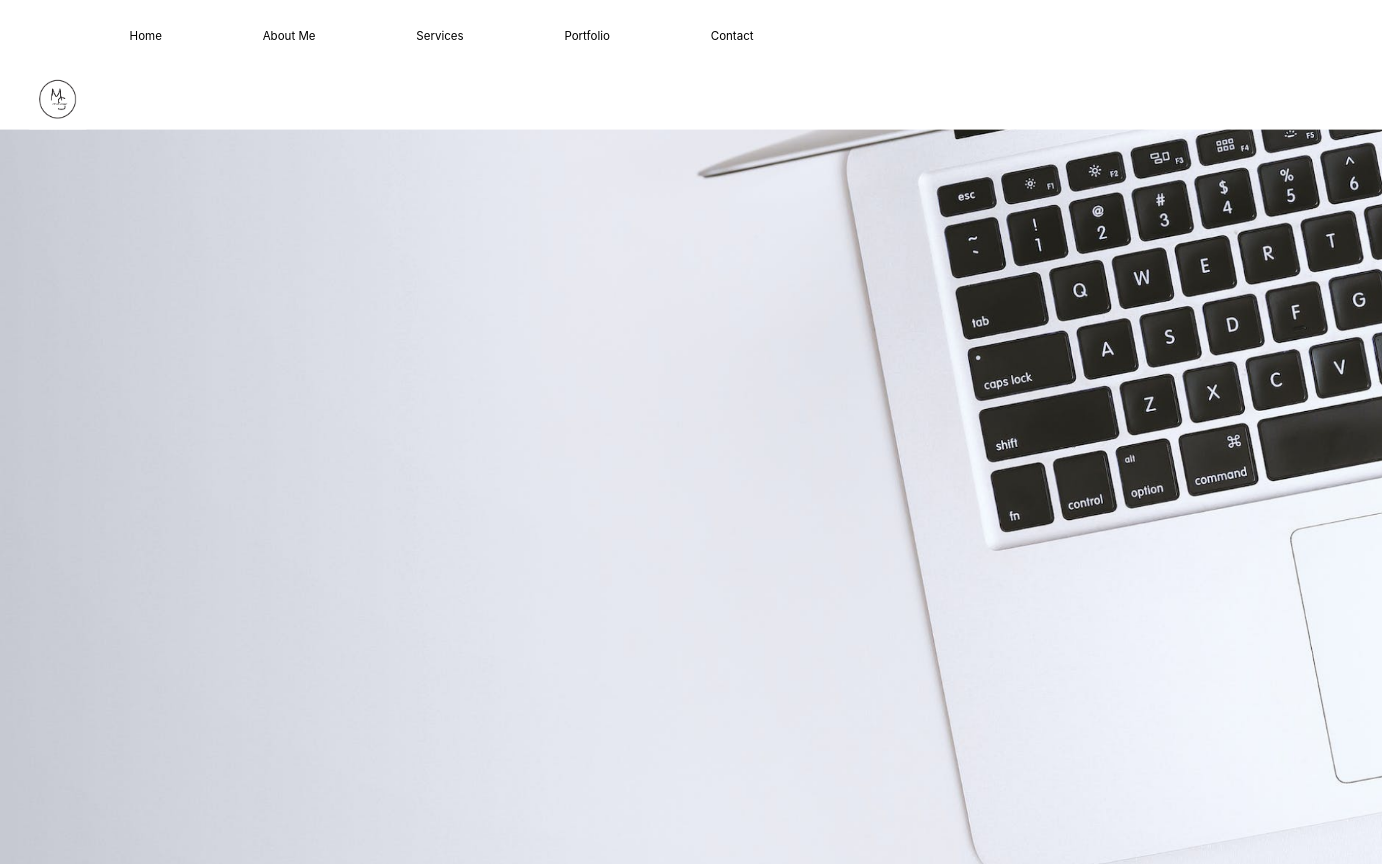
Repository: MEROO1010/Portfolio-2
Page: /
These files come from the project's save history. The page is drawn as it stood at one moment and after the next save; the edit follows.
The browser window is 1280 px wide. The page is 1920 px wide, so the pictures cover 1920 px, including what lies to the right of the window. The pictures show the whole page, at 72% of full size.
The project was rebuilt for these pictures with package versions that can differ from the ones it lists, and the page was loaded fresh each time.

Above is the page before, as saved 2023-12-16 10:52:00.

### src/App.js
import './App.css';
import Home from './components/Home';
import Navbar from './components/Navbar';

function App() {
  return (
    <div className="App">
     <Navbar/>
     <Home/>
    </div>
  );
}

export default App;

### src/components/Home.js
import React from 'react'
import HomeImage from "../images/header background.png";
import styled from "styled-components"


const Home = () => {
  return (
    <Container>
        <img src={HomeImage}alt=""/>
    </Container>
  )
}

const Container = styled.div`
 width: 100%;
`

export default Home

### src/components/Navbar.js
import React from 'react'
import styled from "styled-components"
import MYLOGO from "../images/white logo.png";

const Navbar = () => {
  return (
    <Container>
       <ul>
          <li>Home</li>
          <li>About Me</li>
          <li>Services</li>
          <li>Portfolio</li>
          <li>Contact</li>
       </ul>

       <Logo>
       <img src={MYLOGO}alt=""/>
       </Logo>
    </Container>
  )
}


const Container = styled.div `
  padding-top:40px;
  background-color:white;
  ul{
   list-style-type: none;
  margin: 0;
  padding: 10;
  top: 20px;
  overflow: hidden;
  }

  li {
    position:sticky;
    justifyContent: flex-end;
    display: flex;
    right:100px;
  float: left;
  padding-left: 20px;
  margin-left:120px;


}
li a {
  display: block;
  color: white;
  text-align: center;
  padding: 16px;
  text-decoration: none;
}

li a:hover {
  background-color: #111111;
}
`

const Logo = styled.div `
position:relative;
top:40px;
padding-bottom:40px;
 img{
 width:80px;
 height:80px;
 float: left;
 margin-left:40px;
 padding-bottom:40px;
 justifyContent: flex-end;

 }
`

export default Navbar

Loaded but not shown: public/index.html (common file); src/index.js (common file); src/index.css (common file); src/reportWebVitals.js (common file); src/App.css (common file)

After the next save:
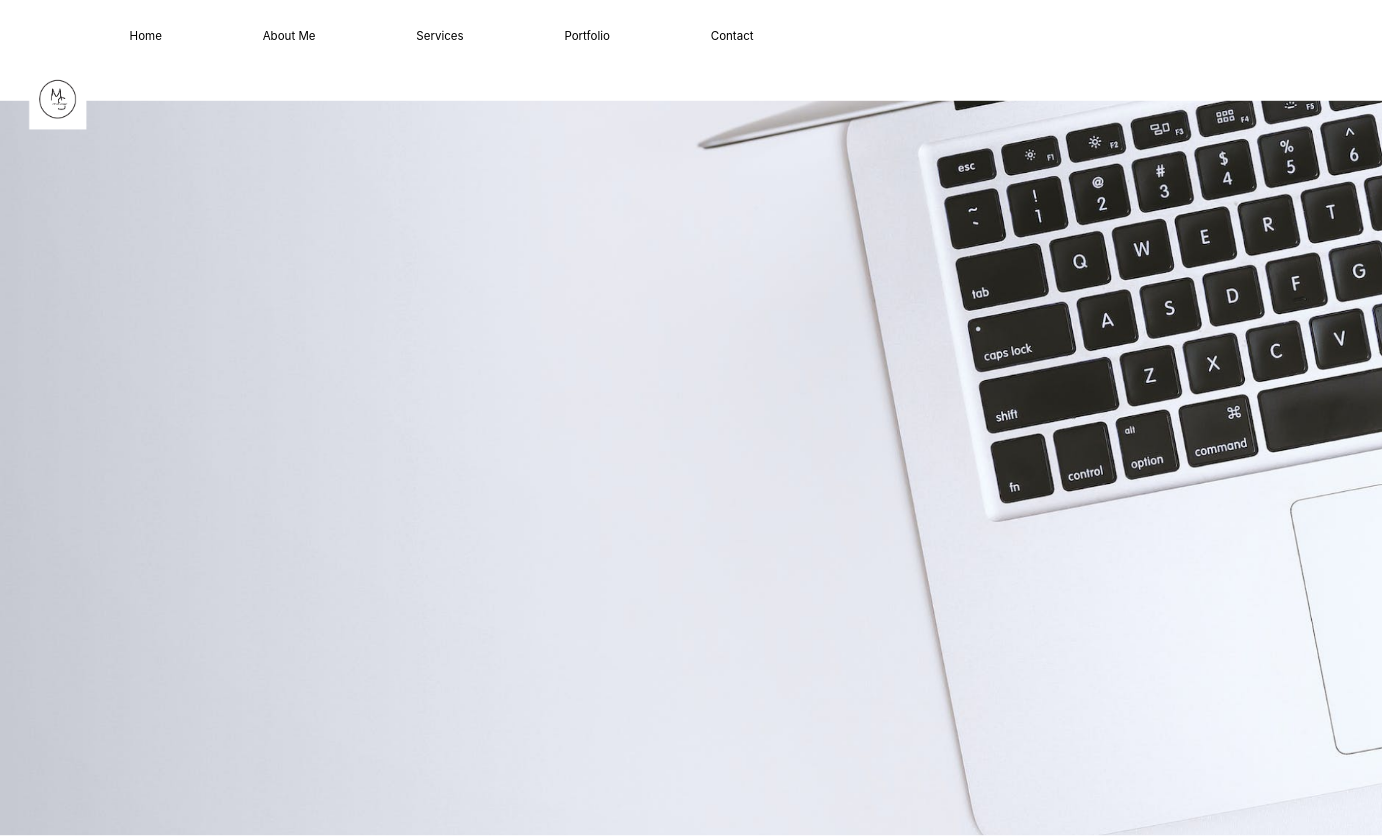
Saved 14 s later.
--- a/src/components/Navbar.js
+++ b/src/components/Navbar.js
@@ -65,7 +65,7 @@
  height:80px;
  float: left;
  margin-left:40px;
- padding-bottom:40px;
+
  justifyContent: flex-end;
 
  }

After the save that followed:
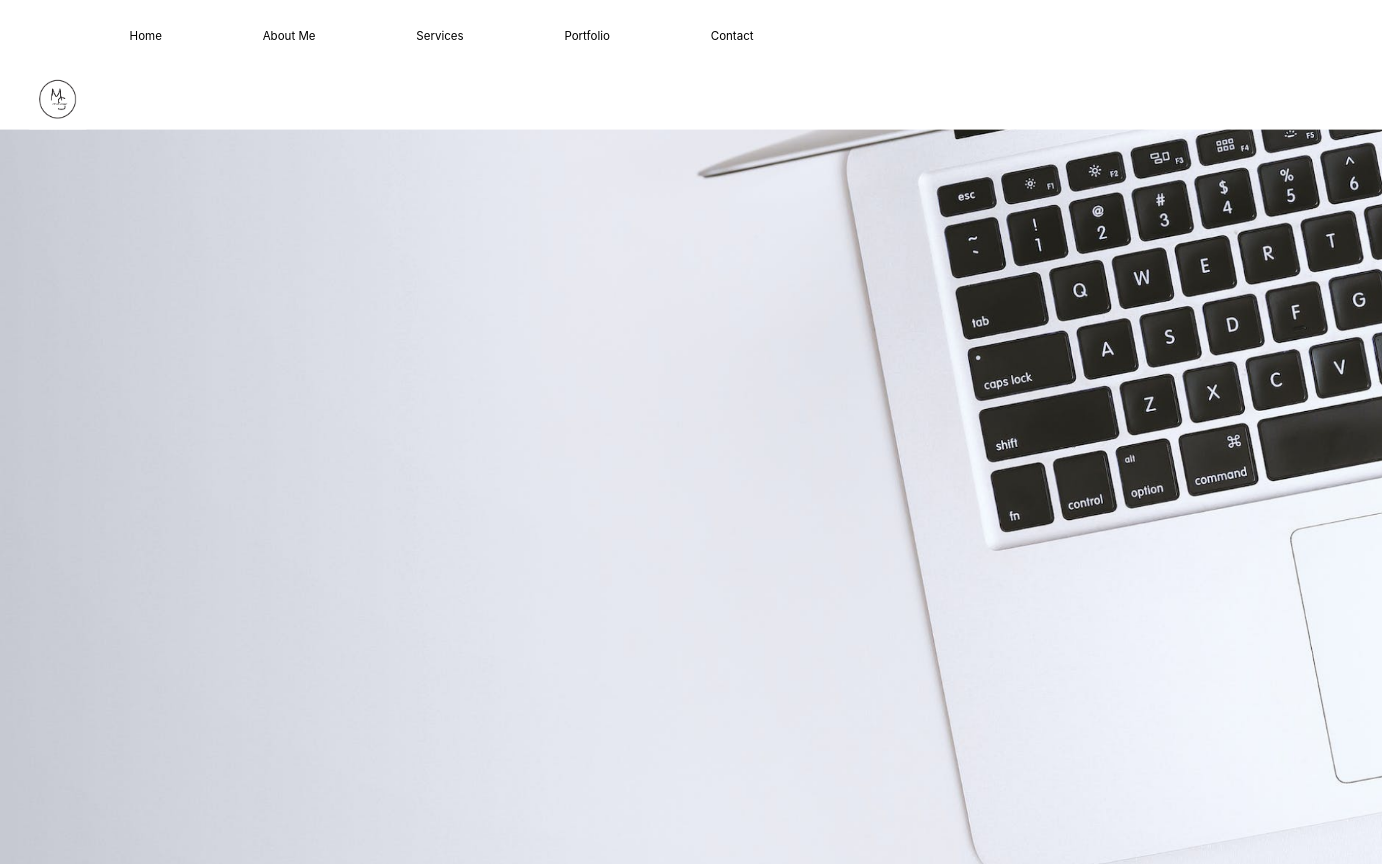
Saved 5 s later.
--- a/src/components/Navbar.js
+++ b/src/components/Navbar.js
@@ -65,7 +65,7 @@
  height:80px;
  float: left;
  margin-left:40px;
-
+ padding-bottom:40px;
  justifyContent: flex-end;
 
  }
